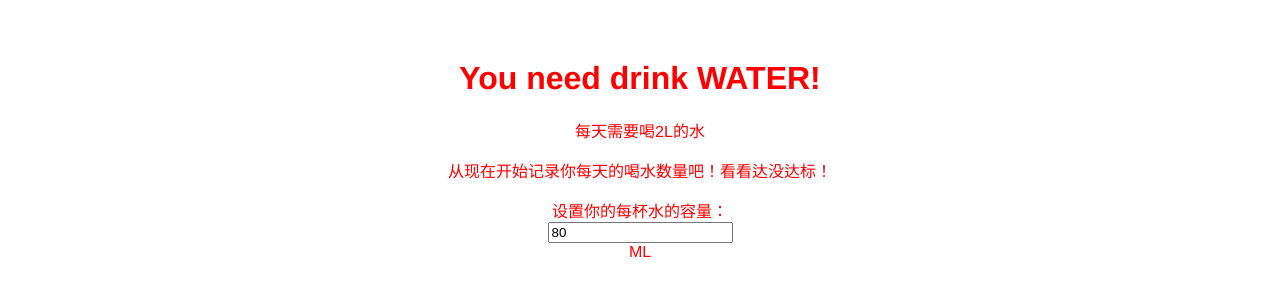
Repository: xuehebinglan/apps.xuehebinglan.com
Page: /drink-water
An editor plug-in stored every save of this project. The page is shown before and after the next save, followed by the edit.
The browser window is 1280 px wide. The pictures show the whole page.
The project was rebuilt for these pictures with package versions that can differ from the ones it lists, and the page was loaded fresh each time. Also part of the build but not shown: src/components/HomePage.vue.

Above is the page before, as saved 2018-06-20 16:16:13.

### index.html
<!DOCTYPE html>
<html>
  <head>
    <meta charset="utf-8">
    <meta name="viewport" content="width=device-width,initial-scale=1.0">
    <title>apps.xuehebinglan.com</title>
  </head>
  <body>
    <div id="app"></div>
    <!-- built files will be auto injected -->
  </body>
</html>

### src/main.js
// The Vue build version to load with the `import` command
// (runtime-only or standalone) has been set in webpack.base.conf with an alias.
import Vue from 'vue'
import { Button, Select, Input } from 'element-ui'
import App from './App'
import router from './router'

Vue.config.productionTip = false
Vue.use(Button)
Vue.use(Select)
Vue.use(Input)

/* eslint-disable no-new */
new Vue({
  el: '#app',
  router,
  components: { App },
  template: '<App/>'
})

### src/router/index.js
import Vue from 'vue'
import Router from 'vue-router'
import HomePage from '@/components/HomePage'
import DrinkWater from '@/components/DrinkWater'

Vue.use(Router)

export default new Router({
  mode: 'history',
  routes: [
    {
      path: '/',
      name: 'HomePage',
      component: HomePage
    },
    {
      path: '/drink-water',
      name: 'DrinkWater',
      component: DrinkWater
    }
  ]
})

### src/components/DrinkWater.vue
<template>
  <div class="drink-water-container">
    <h1>
      {{title}}
    </h1>
    <p>每天需要喝2L的水</p>
    <p>从现在开始记录你每天的喝水数量吧！看看达没达标！</p>
    <div class="cup-capacity">
      <span>设置你的每杯水的容量：</span>
      <el-input v-model="cupCapacity" placeholder="请输入内容" class="cup-capacity-number"></el-input>
      <span>ML</span>
    </div>
  </div>
</template>

<script>
export default {
  name: 'DrinkWater',
  data () {
    return {
      title: 'You need drink WATER!',
      cupCapacity: 80
    }
  }
}
</script>

<!-- Add "scoped" attribute to limit CSS to this component only -->
<style scoped lang="stylus">
.drink-water-container
  color red
</style>

Loaded but not shown: src/App.vue (common file)

After the next save:
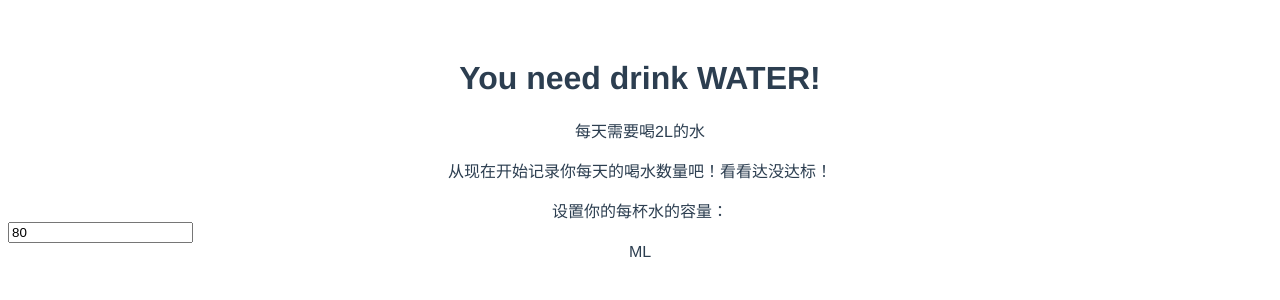
Saved 6 min 52 s later.
--- a/src/components/DrinkWater.vue
+++ b/src/components/DrinkWater.vue
@@ -28,5 +28,7 @@ export default {
 <!-- Add "scoped" attribute to limit CSS to this component only -->
 <style scoped lang="stylus">
 .drink-water-container
-  color red
+  .cup-capacity
+    .cup-capacity-number
+      width 100px
 </style>
